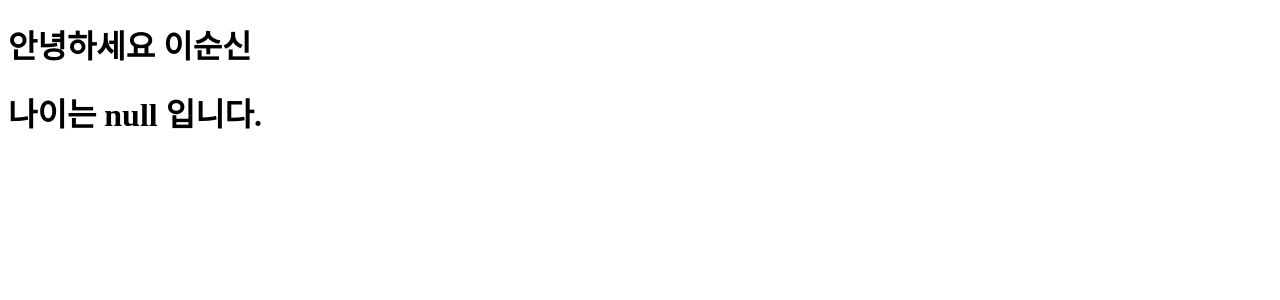
Repository: ineble/demo1
Page: http://localhost/test/hello2.jsp
The author's editor kept a copy of each file at every save. The page is drawn from the files as they stood at one save, then again after the next save.
The browser window is 1280 px wide. The pictures show the whole page.
The page is served by Tomcat 10. Other server files are loaded and not shown.

Above is the page before, as saved 2022-08-03 08:32:40.

### test/src/main/webapp/hello2.jsp
<%@page import="java.time.LocalDateTime"%>
<%@ page language="java" contentType="text/html; charset=utf-8"
    pageEncoding="utf-8"%>
<%! String name = "이순신";
	public String getName() {return name;}
%>
<% String age = request.getParameter("age"); %>
<!DOCTYPE html>
<html>
<head>
<meta charset="utf-8">
<title>Insert title here</title>
</head>
<body>
	<h1>안녕하세요 <%=name %></h1>
	<h1>나이는 <%=age %> 입니다.</h1>
</body>
</html>

After the next save:
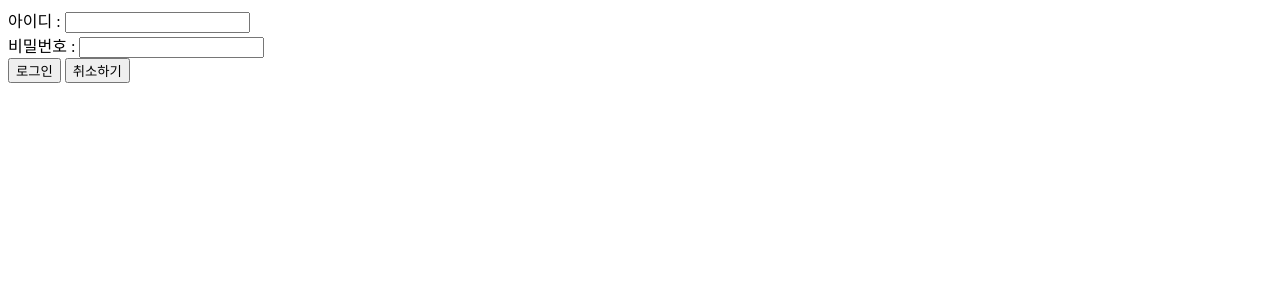
Saved 2 min 32 s later.
--- a/test/src/main/webapp/hello2.jsp
+++ b/test/src/main/webapp/hello2.jsp
@@ -12,7 +12,11 @@
 <title>Insert title here</title>
 </head>
 <body>
-	<h1>안녕하세요 <%=name %></h1>
-	<h1>나이는 <%=age %> 입니다.</h1>
+	<form action="result.jsp" method="post" name="frmLogin" enctype="utf-8">
+	아이디 : <input type="text" name="user_id"> <br>
+	비밀번호 : <input type="password" name="user_pw"> <br>
+	<input type="submit" value="로그인">
+	<input type="reset" value="취소하기">
+	</form>
 </body>
 </html>
